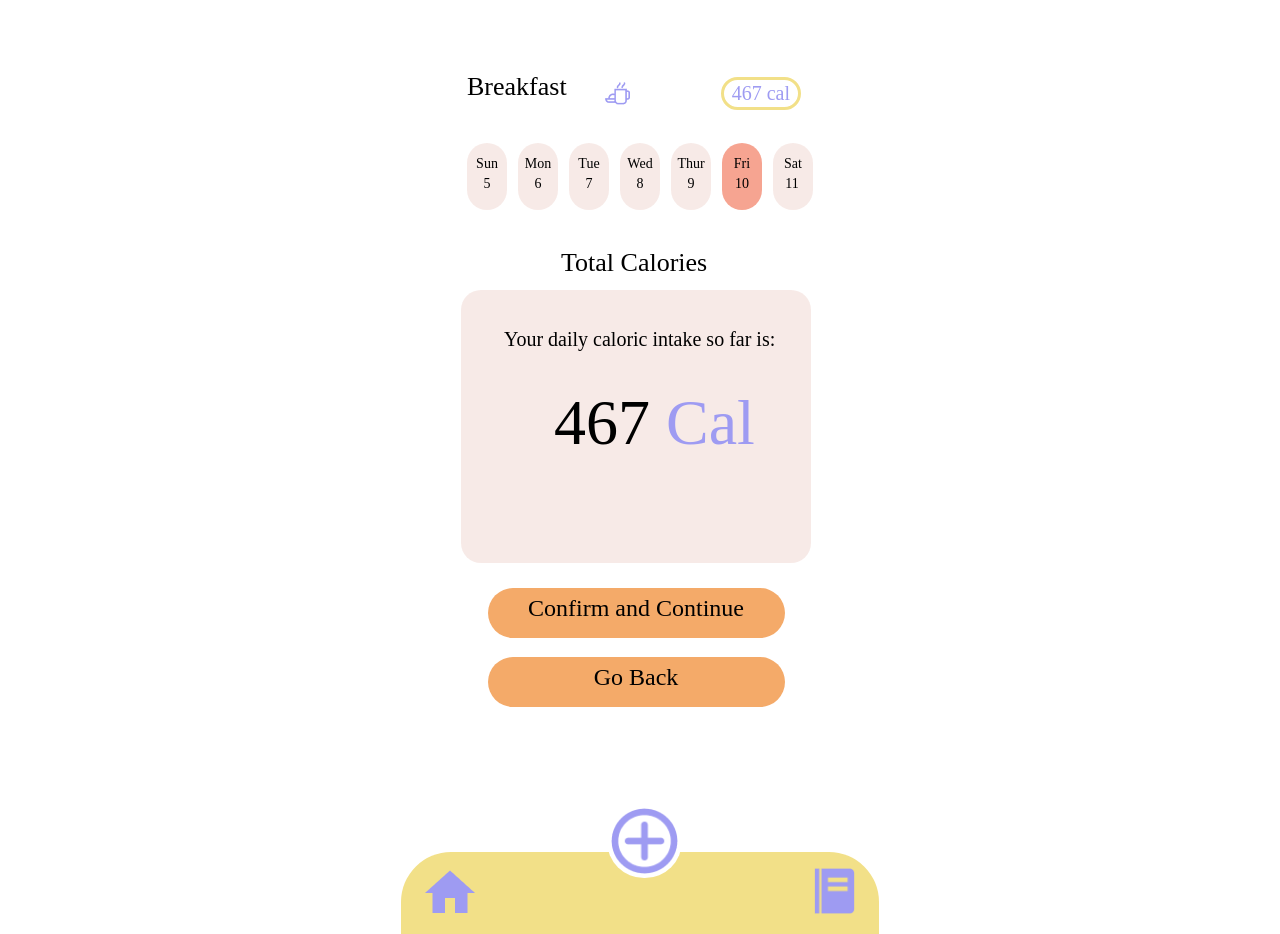
Repository: MeowCeline00/G5-Calorie-Tracker
Page: BreakfastCalCounter/index.html
These files come from the project's save history. The page is drawn as it stood at one moment and after the next save; the edit follows.
The browser window is 1280 px wide. The pictures show the whole page.

Above is the page before, as saved 2024-05-26 14:07:30.

### BreakfastCalCounter/index.html
<!DOCTYPE html>
<html>
<head>
  	<meta charset="utf-8">
  	<meta name="viewport" content="initial-scale=1, width=device-width">

  	<link rel="stylesheet" href="./global.css" />
  	<link rel="stylesheet"  href="./index.css" />

</head>
<body>
	<div class="pageContainer">
		<div class="pageInnerContainer">
			<!-- <div class="add-page-container"> -->
  	<div class="add-page">
    		<div class="add-page-child">
    		</div>
    		<div class="add-page-item">
    		</div>
    		<div class="add-page-inner">
    		</div>
    		<div class="rectangle-div">
    		</div>
    		<div class="add-page-child1">
    		</div>
    		<div class="add-page-child2">
    		</div>
    		<div class="add-page-child3">
    		</div>
    		<div class="add-page-child4">
    		</div>

    		<div class="total-calories">Total Calories</div>
    		<div class="breakfast">Breakfast</div>
    		<div class="div">5</div>
    		<div class="sun">Sun</div>
    		<div class="mon">Mon</div>
    		<div class="tue">Tue</div>
    		<div class="wed">Wed</div>
    		<div class="thur">Thur</div>
    		<div class="fri">Fri</div>
    		<div class="sat">Sat</div>
    		<div class="div1">6</div>
    		<div class="div2">7</div>
    		<div class="div3">8</div>
    		<div class="div4">9</div>
    		<div class="div5">10</div>
    		<div class="div6">11</div>
    		<div class="add-page-child5">
    		</div>
    		<div class="add-page-child6">
    		</div>
    		<div class="confirm-and-continue">Confirm and Continue</div>
			<div><a class="go-back" href="/breakfastAddPage/index.html">Go Back</a></div>    		<div class="add-page-child7">
    		</div>
    		<div class="cal">467 cal</div>
    		<img class="fluent-mdl2breakfast-icon" alt="breakfast" src="/Images/fluent-mdl2_breakfast.png">

    		<div class="add-page-child8">
    		</div>
    		<div class="your-daily-caloric">Your daily caloric intake so far is:</div>
    		<div class="cal1">
      			<span>467</span>
      			<span class="cal2">Cal</span>
			</div>
			</div>

	  <div class="navBarContainer">
		<div class="navBar">
		<a href="/index.html"><img class="image1" src="/Images/Vector.png"></a>
		<a href="/index.html"><img class="image02"src="/Images/vector02.png"></a>
		<a href="/index.html"><img class="image03" src="/Images/Vector1.png"></a>
		</div>
	</div>
</div>
</div>
</body>
</html>

### BreakfastCalCounter/global.css

body {
    margin: 0;
    line-height: normal;
}


:root {

    --body-20-medium: Catamaran;
    --heading-26-regular: Saira;

    --body-20-medium-size: 20px;
    --body-24-regular-size: 24px;
    --font-size-sm: 14px;
    --heading-26-regular-size: 26px;

    --color-cornflowerblue: #9e9bf2;
    --color-black: #000;
    --lighter-nav-bar: rgba(247, 232, 229, 0.9);
    --yellow: #f2e088;
    --color-sandybrown: rgba(242, 149, 68, 0.8);

    --br-xl: 20px;
    --br-17xl: 36px;

}

### BreakfastCalCounter/index.css
.add-page-child {
    position: absolute;
    top: 582px;
    left: 0px;
    width: 393px;
    height: 55px;
}
.add-page-item {
    position: absolute;
    top: 143px;
    left: 26px;
    border-radius: var(--br-xl);
    background-color: var(--lighter-nav-bar);
    width: 40px;
    height: 67px;
}
.add-page-inner {
    position: absolute;
    top: 143px;
    left: 77px;
    border-radius: var(--br-xl);
    background-color: var(--lighter-nav-bar);
    width: 40px;
    height: 67px;
}
.rectangle-div {
    position: absolute;
    top: 143px;
    left: 128px;
    border-radius: var(--br-xl);
    background-color: var(--lighter-nav-bar);
    width: 40px;
    height: 67px;
}
.add-page-child1 {
    position: absolute;
    top: 143px;
    left: 179px;
    border-radius: var(--br-xl);
    background-color: var(--lighter-nav-bar);
    width: 40px;
    height: 67px;
}
.add-page-child2 {
    position: absolute;
    top: 143px;
    left: 230px;
    border-radius: var(--br-xl);
    background-color: var(--lighter-nav-bar);
    width: 40px;
    height: 67px;
}
.add-page-child3 {
    position: absolute;
    top: 143px;
    left: 281px;
    border-radius: var(--br-xl);
    background-color: rgba(242, 126, 99, 0.7);
    width: 40px;
    height: 67px;
}
.add-page-child4 {
    position: absolute;
    top: 143px;
    left: 332px;
    border-radius: var(--br-xl);
    background-color: var(--lighter-nav-bar);
    width: 40px;
    height: 67px;
}
.nav-bar-icon {
    position: absolute;
    top: 726px;
    left: 0px;
    width: 393px;
    height: 126px;
}
.total-calories {
    position: absolute;
    top: 248px;
    left: 120px;
    font-size: var(--heading-26-regular-size);
    font-weight: 500;
    font-family: var(--heading-26-regular);
    text-align: left;
    display: inline-block;
    width: 163px;
    height: 42px;
}
.breakfast {
    position: absolute;
    top: 72px;
    left: 26px;
    font-size: var(--heading-26-regular-size);
    font-weight: 500;
    font-family: var(--heading-26-regular);
    text-align: left;
    display: inline-block;
    width: 130px;
    height: 42px;
}
.div {
    position: absolute;
    top: 176px;
    left: 26px;
    display: inline-block;
    width: 40px;
    height: 42px;
}
.sun {
    position: absolute;
    top: 156px;
    left: 26px;
    display: inline-block;
    width: 40px;
    height: 20px;
}
.mon {
    position: absolute;
    top: 156px;
    left: 77px;
    display: inline-block;
    width: 40px;
    height: 20px;
}
.tue {
    position: absolute;
    top: 156px;
    left: 128px;
    display: inline-block;
    width: 40px;
    height: 20px;
}
.wed {
    position: absolute;
    top: 156px;
    left: 179px;
    display: inline-block;
    width: 40px;
    height: 20px;
}
.thur {
    position: absolute;
    top: 156px;
    left: 230px;
    display: inline-block;
    width: 40px;
    height: 20px;
}
.fri {
    position: absolute;
    top: 156px;
    left: 281px;
    display: inline-block;
    width: 40px;
    height: 20px;
}
.sat {
    position: absolute;
    top: 156px;
    left: 332px;
    display: inline-block;
    width: 40px;
    height: 20px;
}
.div1 {
    position: absolute;
    top: 176px;
    left: 77px;
    display: inline-block;
    width: 40px;
    height: 42px;
}
.div2 {
    position: absolute;
    top: 176px;
    left: 128px;
    display: inline-block;
    width: 40px;
    height: 42px;
}
.div3 {
    position: absolute;
    top: 176px;
    left: 179px;
    display: inline-block;
    width: 40px;
    height: 42px;
}
.div4 {
    position: absolute;
    top: 176px;
    left: 230px;
    display: inline-block;
    width: 40px;
    height: 42px;
}
.div5 {
    position: absolute;
    top: 176px;
    left: 281px;
    display: inline-block;
    width: 40px;
    height: 42px;
}
.div6 {
    position: absolute;
    top: 176px;
    left: 332px;
    display: inline-block;
    width: 38px;
    height: 42px;
}
.add-page-child5 {
    position: absolute;
    top: 588px;
    left: 47px;
    border-radius: var(--br-17xl);
    background-color: var(--color-sandybrown);
    width: 297px;
    height: 50px;
}
.add-page-child6 {
    position: absolute;
    top: 657px;
    left: 47px;
    border-radius: var(--br-17xl);
    background-color: var(--color-sandybrown);
    width: 297px;
    height: 50px;
}
.confirm-and-continue {
    position: absolute;
    top: 595px;
    left: 80px;
    font-size: var(--body-24-regular-size);
    display: inline-block;
    width: 230px;
    height: 42px;
}
.go-back {
    position: absolute;
    top: 664px;
    left: 80px;
    font-size: var(--body-24-regular-size);
    display: inline-block;
    width: 230px;
    height: 42px;
    cursor: pointer;
    text-decoration: none;
    color: black;
}
.add-page-child7 {
    position: absolute;
    top: 77px;
    left: 280px;
    border-radius: var(--br-xl);
    background-color: #fff;
    border: 3px solid var(--yellow);
    box-sizing: border-box;
    width: 80px;
    height: 33px;
}
.cal {
    position: absolute;
    top: 82px;
    left: 285px;
    font-size: var(--body-20-medium-size);
    font-weight: 500;
    color: var(--color-cornflowerblue);
    text-align: right;
    display: inline-block;
    width: 64px;
    height: 23px;
}
.fluent-mdl2breakfast-icon {
    position: absolute;
    top: 81px;
    left: 164px;
    width: 25px;
    height: 25px;
}
.add-page-child8 {
    position: absolute;
    top: 290px;
    left: 20px;
    border-radius: var(--br-xl);
    background-color: var(--lighter-nav-bar);
    width: 350px;
    height: 273px;
}
.your-daily-caloric {
    position: absolute;
    top: 328px;
    left: 63px;
    font-size: var(--body-20-medium-size);
}
.cal2 {
    color: var(--color-cornflowerblue);
}
.cal1 {
    position: absolute;
    top: 386px;
    left: 113px;
    font-size: 64px;
    text-align: right;
}
.add-page {
    width: 100%;
    position: relative;
    background-color: rgba(255, 255, 255, 0.92);
    height: 852px;
    overflow: hidden;
    text-align: center;
    font-size: var(--font-size-sm);
    color: var(--color-black);
    font-family: var(--body-20-medium);
    left: 40px;
}


.navBar {
    background-color: #F2E088;
    width: 430px;
    height: 50px;
    display: flex;
    flex-direction: row;
    justify-content: space-between;
    align-items: center;
    padding-left: 1.5em;
    padding-right: 1.5em;
    padding-top: 1em;
    padding-bottom: 1em;
    border-top-left-radius: 50px;
    border-top-right-radius: 50px;
}

.image1 {
    width: 50px;
    height: 42.5;
}
.image02 {
    position: relative;
    width: 66.67px;
    height: 66.67px;
    background-color: #fff;
    padding:0.25em ;
    border-radius: 360px;
    top: -50px;
}

.image03 {
    width: 41.25px;
    height: 45.58;
}

.navBar a {
    padding: 0em;
    margin: 0em;
}

.pageContainer {
    display: flex;

    flex-direction: column;
    align-items: center;


}
.pageInnerContainer {
    display: flex;
    flex-direction: column;
    align-items: center;
    justify-content: center;

}

.add-page-container {
    display: flex;
    justify-content: center;
    flex-direction: column;
}

### breakfastAddPage/script.js
document.addEventListener('DOMContentLoaded', function() {
  const showFormButton = document.getElementById('showFormButton');
  const foodFormContainer = document.getElementById('foodFormContainer');
  const addFoodButton = document.getElementById('addFoodButton');
  const cancelButton = document.getElementById('cancelButton');
  const foodList = document.querySelector('.food-list');
  const calButton = document.querySelector('.calButton');
  const dateList = document.getElementById('dateList');

  let totalCalories = 0;

  const getDayOfWeek = (date) => {
    const dayIndex = date.getDay();
    return dayIndex === 0 ? 6 : dayIndex - 1;
  };

  const currentDate = new Date();
  currentDate.setDate(24);
  currentDate.setMonth(4);

  const generateDays = () => {
    const days = [];
    const currentDayOfWeek = getDayOfWeek(currentDate);

    for (let i = 0; i < 7; i++) {
      const date = new Date(currentDate);
      date.setDate(date.getDate() - currentDayOfWeek + i);
      days.push({
        day: date.toLocaleDateString('en-US', { weekday: 'short' }),
        date: date.getDate(),
        isToday: date.getDate() === currentDate.getDate(),
      });
    }

    return days;
  };

  const renderDates = () => {
    dateList.innerHTML = '';
    const days = generateDays();
    let activeIndex = currentDate.getDate() - 1;

    days.forEach((day, index) => {
      const dateElement = document.createElement('span');
      dateElement.className = `date ${index === activeIndex ? 'active' : ''} ${day.isToday ? 'currentDay' : ''}`;
      dateElement.innerHTML = `${day.day}<br />${day.date}`;
      dateElement.onclick = () => setActiveIndex(index);
      dateList.appendChild(dateElement);
    });
  };

  const setActiveIndex = (index) => {
    renderDates();
  };

  const showForm = () => {
    foodFormContainer.style.display = 'flex';
  };

  const hideForm = () => {
    foodFormContainer.style.display = 'none';
    clearForm();
  };

  const addList = (foodName, foodAmount, foodCalories) => {
    const newList = `
      <div class="inputContainer">
        <div class="inputBox">
          <input type="text" value="${foodName}" readonly>
          <p>${foodAmount}g</p>
        </div>
        <div class="calories">
          <p class="number">${foodCalories}</p>
          <p class="cal">Cal</p>
        </div>
        <img class="trash" src="/images/trash.png" alt="trashcan" width="30" height="30" />
      </div>
    `;
    foodList.insertAdjacentHTML('beforeend', newList);
    totalCalories += parseInt(foodCalories);
    updateCalButton();
  };

  const deleteItem = (e) => {
    if (e.target.classList.contains('trash')) {
      const itemCalories = parseInt(e.target.closest('.inputContainer').querySelector('.number').textContent);
      totalCalories -= itemCalories;
      e.target.closest('.inputContainer').remove();
      updateCalButton();
    }
  };

  const updateCalButton = () => {
    calButton.textContent = `${totalCalories} cal`;
  };

  const clearForm = () => {
    document.getElementById('foodName').value = '';
    document.getElementById('foodAmount').value = '';
    document.getElementById('foodCalories').value = '';
  };

  showFormButton.addEventListener('click', showForm);
  cancelButton.addEventListener('click', hideForm);

  addFoodButton.addEventListener('click', () => {
    const foodName = document.getElementById('foodName').value;
    const foodAmount = document.getElementById('foodAmount').value;
    const foodCalories = document.getElementById('foodCalories').value;

    if (foodName && foodAmount && foodCalories) {
      addList(foodName, foodAmount, foodCalories);
      clearForm();
      hideForm();
    }
  });

  foodList.addEventListener('click', deleteItem);

  renderDates();
});

### scripts/app.js
document.addEventListener('DOMContentLoaded', () => {
    navigateTo('landing');
});

function navigateTo(page) {
    switch (page) {
        case 'landing':
            renderLandingPage();
            break;
        case 'home':
            renderHomePage();
            break;
        case 'profile':
            renderProfilePage();
            break;
        case 'lunchCalorie':
            window.location.href = '/lunchAddPage/index.html';
            break;
        case 'addNew':
            window.location.href = '/addPage/Add.html';
            break;
        case 'dinnerCalorie':
            window.location.href = '/dinnerAddPage/index.html';
            break;
        case 'snacksCalorie':
            window.location.href = '/snacksAddPage/index.html';
            break;
        case 'breakfastCalorie':
            window.location.href = '/breakfastAddPage/index.html';
            break;
        case 'burnedCalorie':
            window.location.href = '/burnedAddPage/index.html';
            break;
        default:
            console.error('Invalid page:', page);
            break;
    }
}

### scripts/navbar.js
function renderNavbar() {
    return `
      <div class="navContainer">
        <nav class="navbar">
          <div class="navItem" onclick="navigateTo('home')">
            <img src="/images/home_icon.svg" alt="Home" width="60" height="60" />
          </div>
          <div class="addButtonContainer">
            <div class="addnewButton" onclick="navigateTo('addNew')">
              <img src="/images/add_icon.svg" alt="Add" width="80" height="80" />
            </div>
          </div>
          <div class="navItem" onclick="navigateTo('recipes')">
            <img src="/images/recipes_icon.svg" alt="Recipes" width="55" height="55" />
          </div>
        </nav>
      </div>
    `;
}

After the next save:
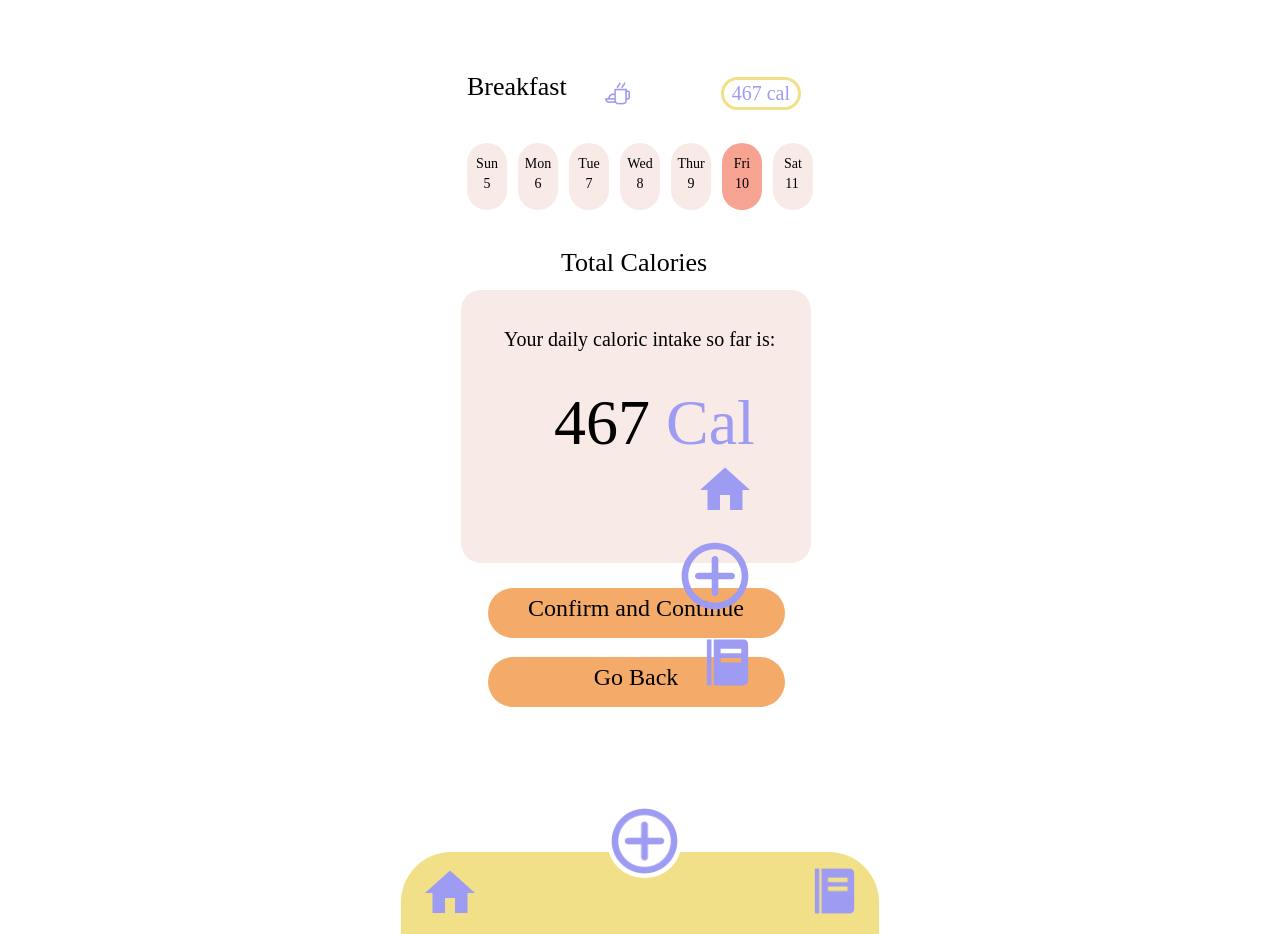
Console error: TypeError: Cannot read properties of null (reading 'addEventListener')
Saved 47 s later.
--- a/BreakfastCalCounter/index.html
+++ b/BreakfastCalCounter/index.html
@@ -62,6 +62,24 @@
     		<div class="cal1">
       			<span>467</span>
       			<span class="cal2">Cal</span>
+				  <div class="navContainer">
+					<nav class="navbar">
+					  <div class="navItem" onclick="navigateTo('home2')">
+						<img src="/images/home_icon.svg" alt="Home" width="60" height="60" />
+					  </div>
+					  <div class="addButtonContainer">
+						<div class="addnewButton" onclick="navigateTo('addNew')">
+						  <img src="/images/add_icon.svg" alt="Add" width="80" height="80" />
+						</div>
+					  </div>
+					  <div class="navItem" onclick="navigateTo('recipes')">
+						<img src="/images/recipes_icon.svg" alt="Recipes" width="55" height="55" />
+					  </div>
+					</nav>
+				  </div>
+				  <script src="/breakfastAddPage/script.js"></script>
+				  <script src="/scripts/app.js"></script>
+				  <script src="/scripts/navbar.js"></script>
 			</div>
 			</div>
 
